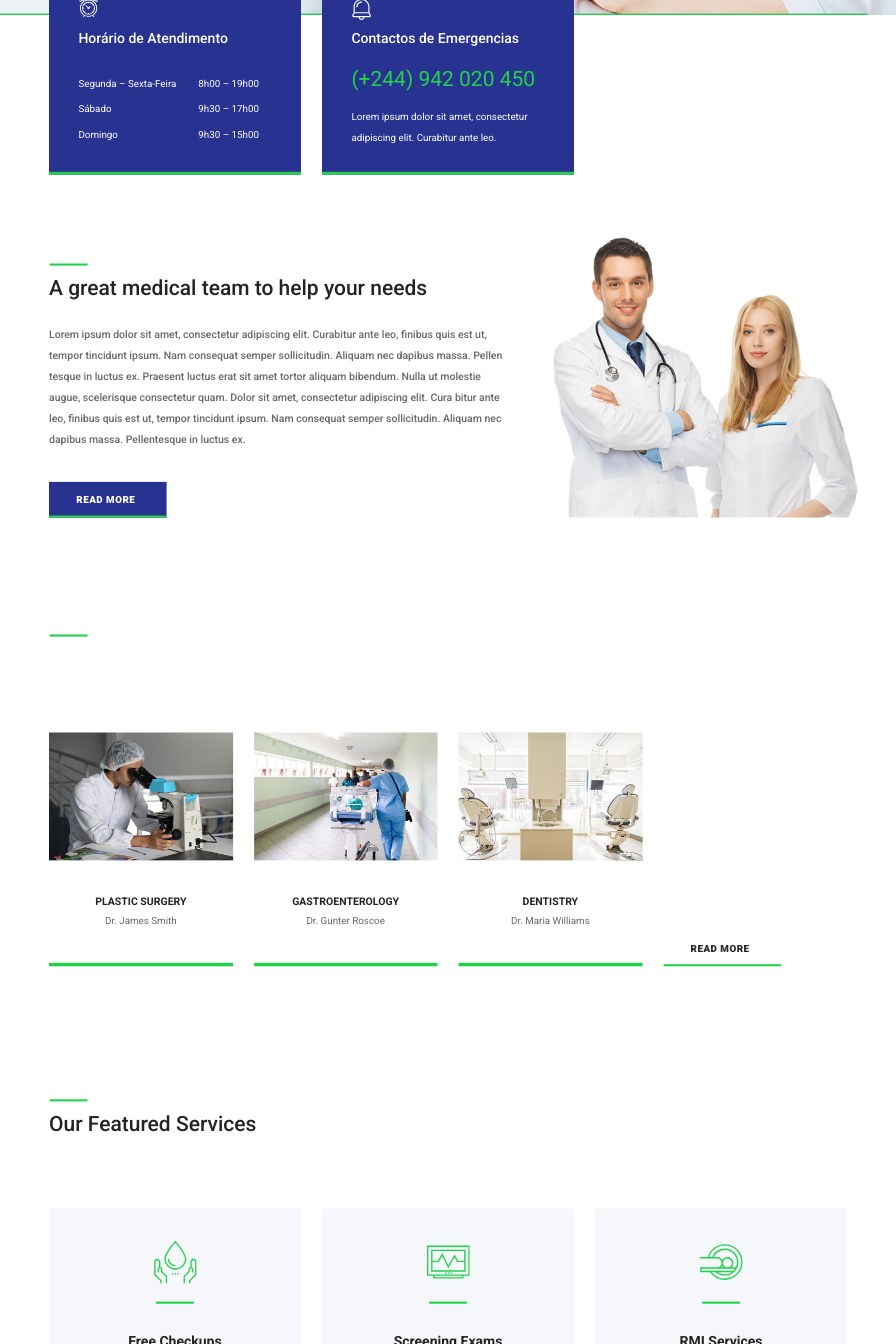
Repository: Nanitamo/centro-medico-eden-webpage
Page: index.html
An editor plug-in stored every save of this project. The page is shown before and after the next save, followed by the edit.
The browser window is 1280 px wide. The pictures show the part of the page from y = 878 to 2798 px (the page is 4518 px tall before and 4357 px after), at 70% of full size.

Above is the page before, as saved 2020-06-18 15:52:40.

After the next save:
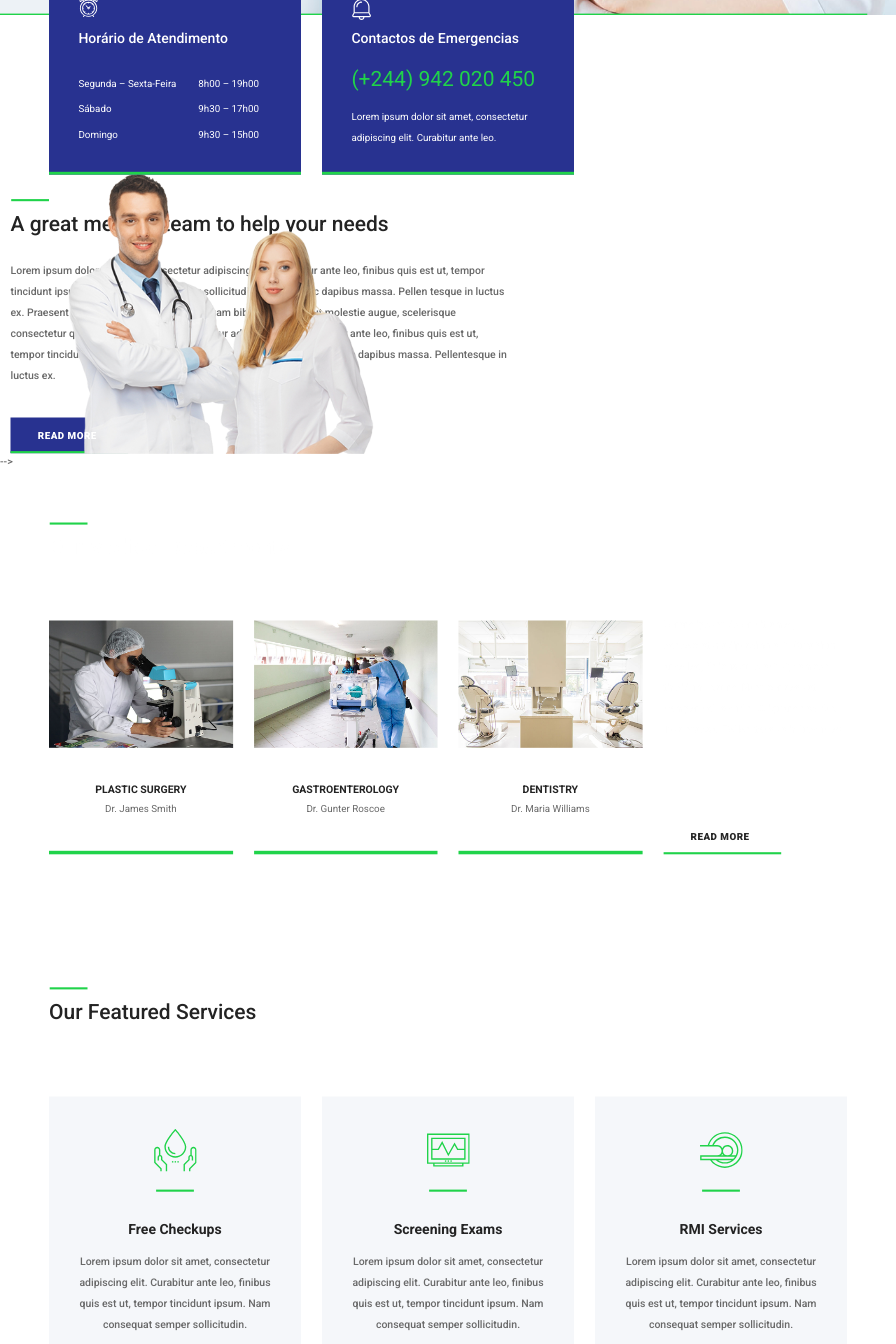
Saved 79 s later.
--- a/index.html
+++ b/index.html
@@ -249,7 +249,7 @@
 
 	<!-- About -->
 
-	<div class="about">
+	<!-- <div class="about">
 		<div class="container">
 			<div class="row row-lg-eq-height">
 
@@ -272,7 +272,7 @@
 				</div>
 			</div>
 		</div>
-	</div>
+	</div> -->
 
 	<!-- Departments -->
 

After the save that followed:
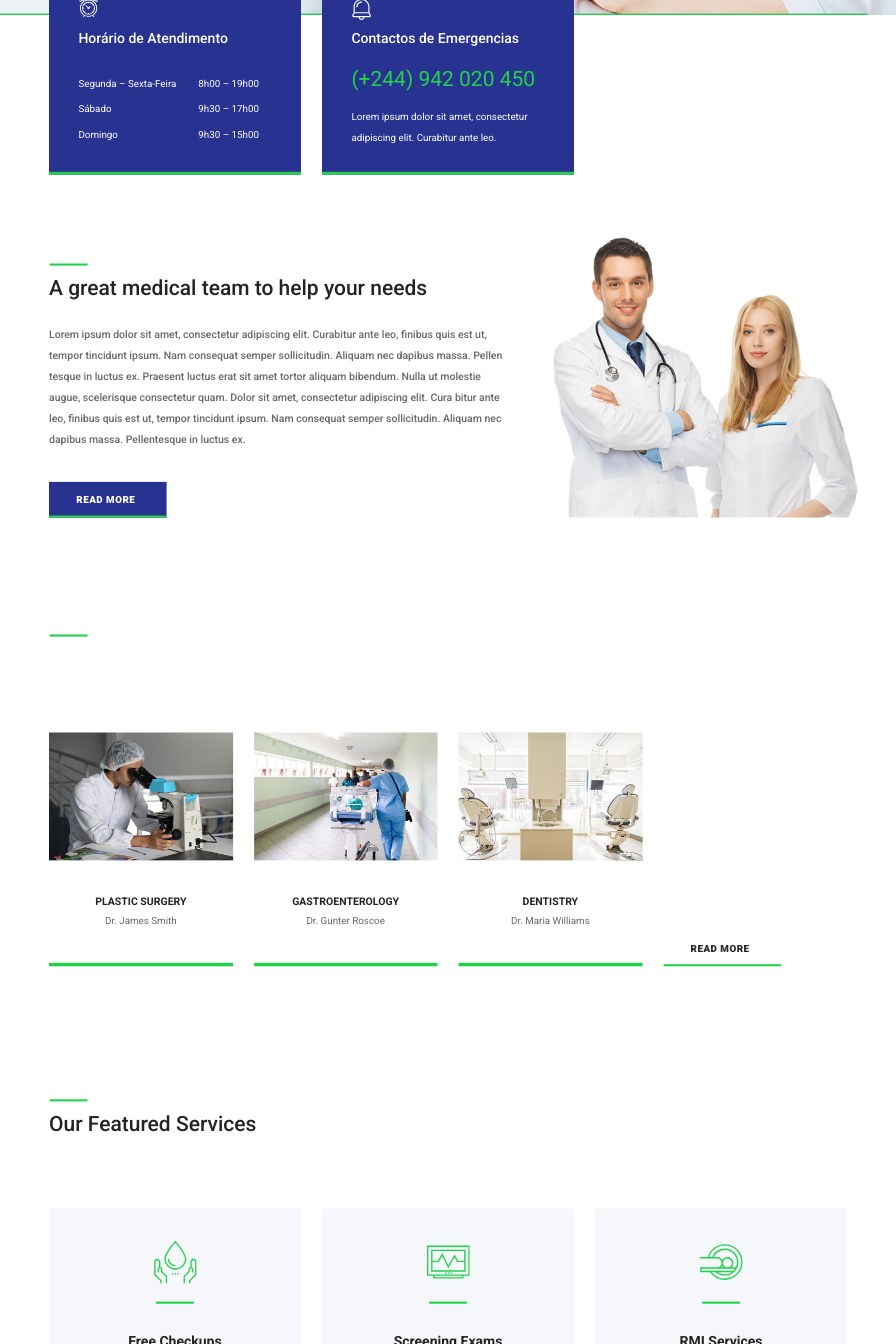
Saved 14 s later.
--- a/index.html
+++ b/index.html
@@ -249,7 +249,7 @@
 
 	<!-- About -->
 
-	<!-- <div class="about">
+	<div class="about">
 		<div class="container">
 			<div class="row row-lg-eq-height">
 
@@ -272,7 +272,7 @@
 				</div>
 			</div>
 		</div>
-	</div> -->
+	</div>
 
 	<!-- Departments -->
 
